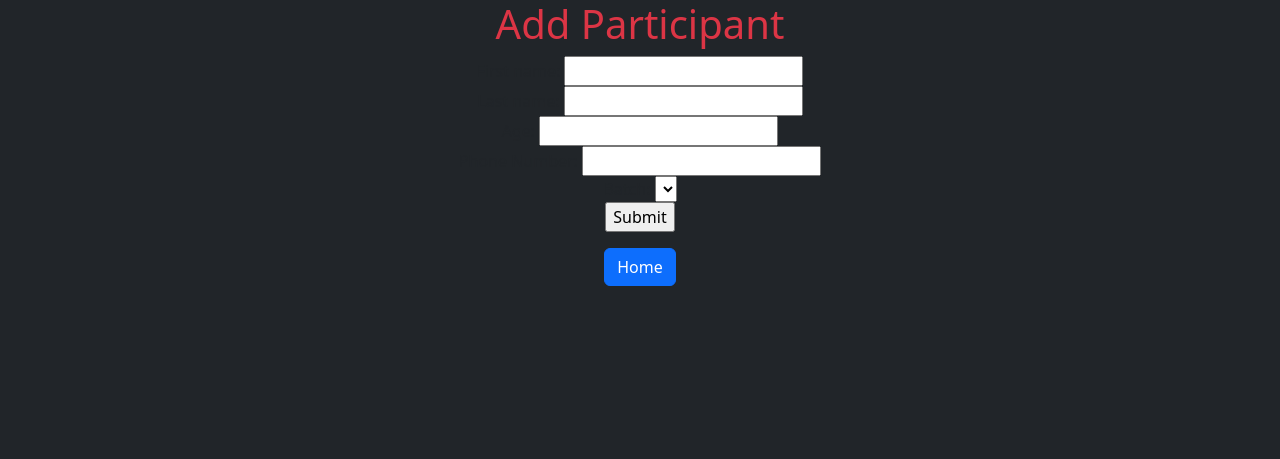
Repository: Jannis-Buschhaus/simplilearn-assessment-phase2
Page: http://localhost/FunfitWebapp/ParticipantsController?target=addParticipant
The author's editor kept a copy of each file at every save. The page is drawn from the files as they stood at one save, then again after the next save.
The browser window is 1280 px wide. The pictures show the whole page.
The page is served by Tomcat 9. Queries for data that is not in the repository find no rows.

Above is the page before, as saved 2024-05-30 14:42:57.

After the next save:
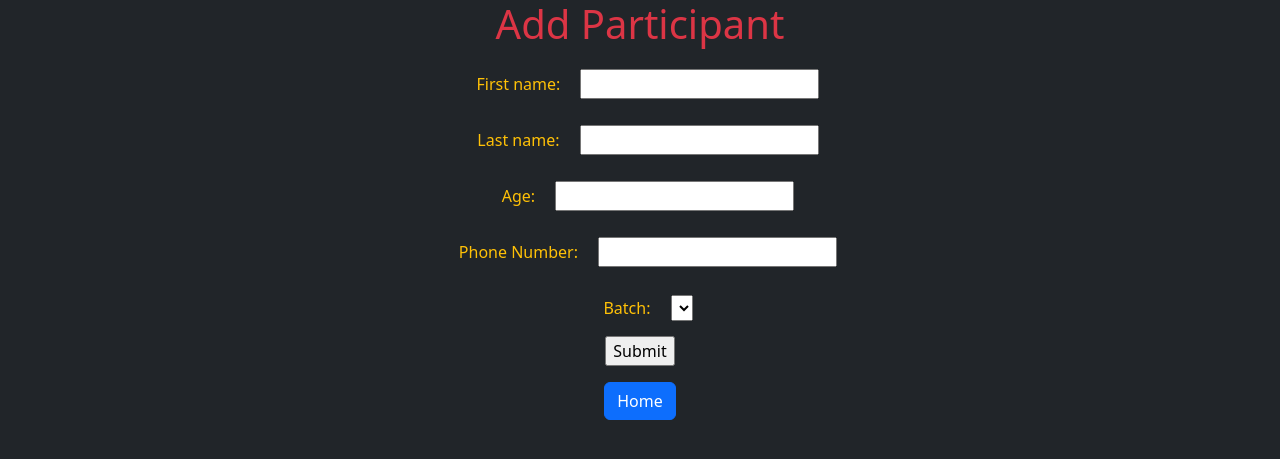
Saved 27 s later.
--- a/FunfitWebapp/src/main/webapp/addParticipant.jsp
+++ b/FunfitWebapp/src/main/webapp/addParticipant.jsp
@@ -12,15 +12,15 @@
 	<div class="text-center">
 		<h1 class="text-danger">Add Participant</h1>
 		<form action="ParticipantsController" method="post">
-			<label for="fname">First name:</label>
+			<label class="text-warning m-3" for="fname">First name:</label>
 				<input type="text" name="fname" /><br />
-			<label for="lname">Last name:</label>
+			<label class="text-warning m-3" for="lname">Last name:</label>
 				<input type="text" name="lname" /><br />
-			<label for="age">Age:</label>
+			<label class="text-warning m-3" for="age">Age:</label>
 				<input type="number" name="age" /><br />
-			<label for="phoneNumber">Phone Number:</label>
+			<label class="text-warning m-3" for="phoneNumber">Phone Number:</label>
 				<input type="text" name="phoneNumber" /><br />
-			<label for="batchId">Batch:</label>
+			<label class="text-warning m-3" for="batchId">Batch:</label>
 				<select name="batchId">
 					<c:forEach var="batch" items="${ sessionScope.batch }">
 						<option value="${ batch.getBatchId() }">${ batch.getTypeOfBatch() } ${ batch.getTime() }</option>
